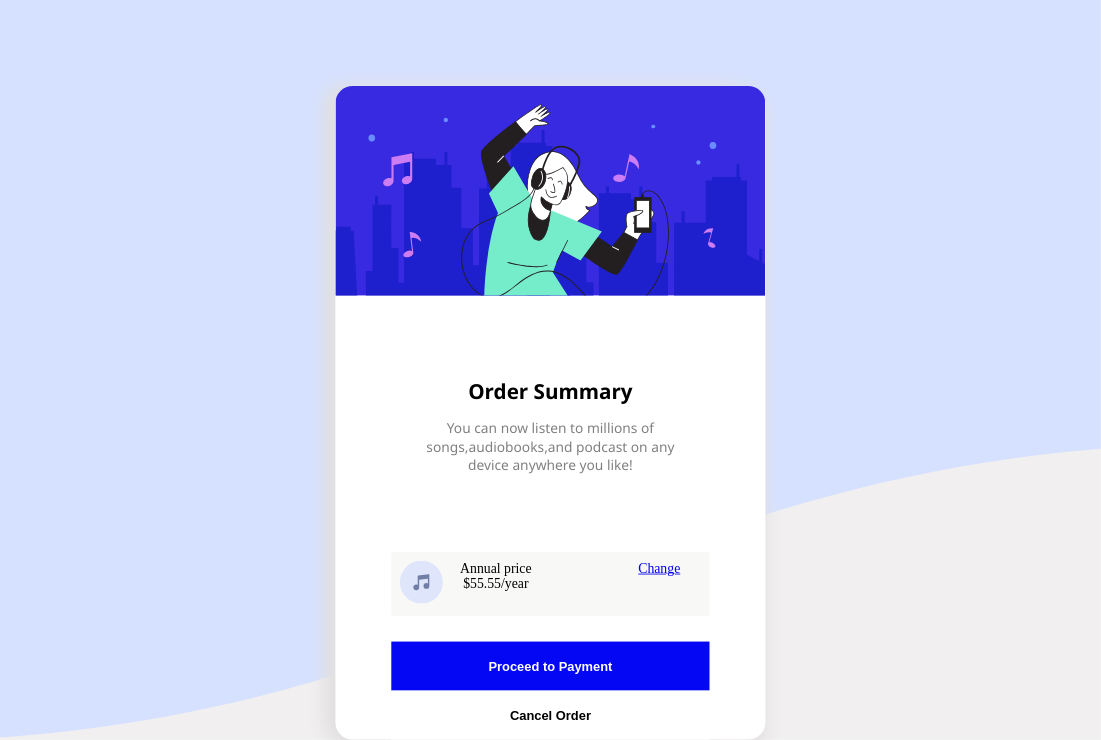
Repository: Eugene44-hub/newbie-project
Page: index.html
The author's editor kept a copy of each file at every save. The page is drawn from the files as they stood at one save, then again after a run of saves.
The browser window is 1280 px wide. The pictures show the whole page, at 86% of full size.

Above is the page before, as saved 2021-08-29 09:47:39.

After the next 2 saves:
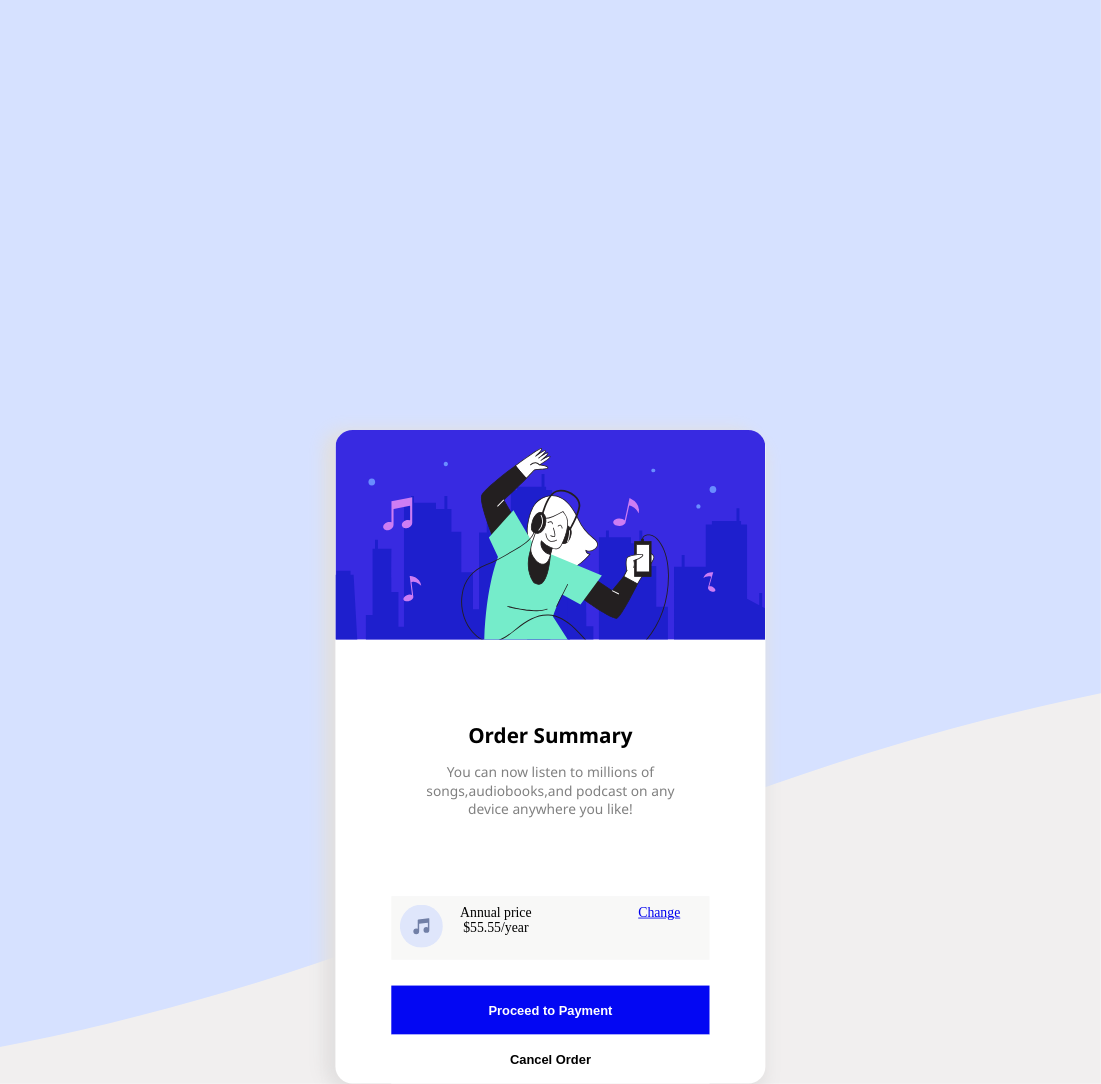
The 2 saves are shown as one change because they came seconds apart.
The last was saved 14 s later.
--- a/style.css
+++ b/style.css
@@ -15,7 +15,7 @@
     display: flex;
     justify-content: center;
     width: 100%;
-    padding-top: 100px;
+    padding-top: 500px;
 }
 
 img {
